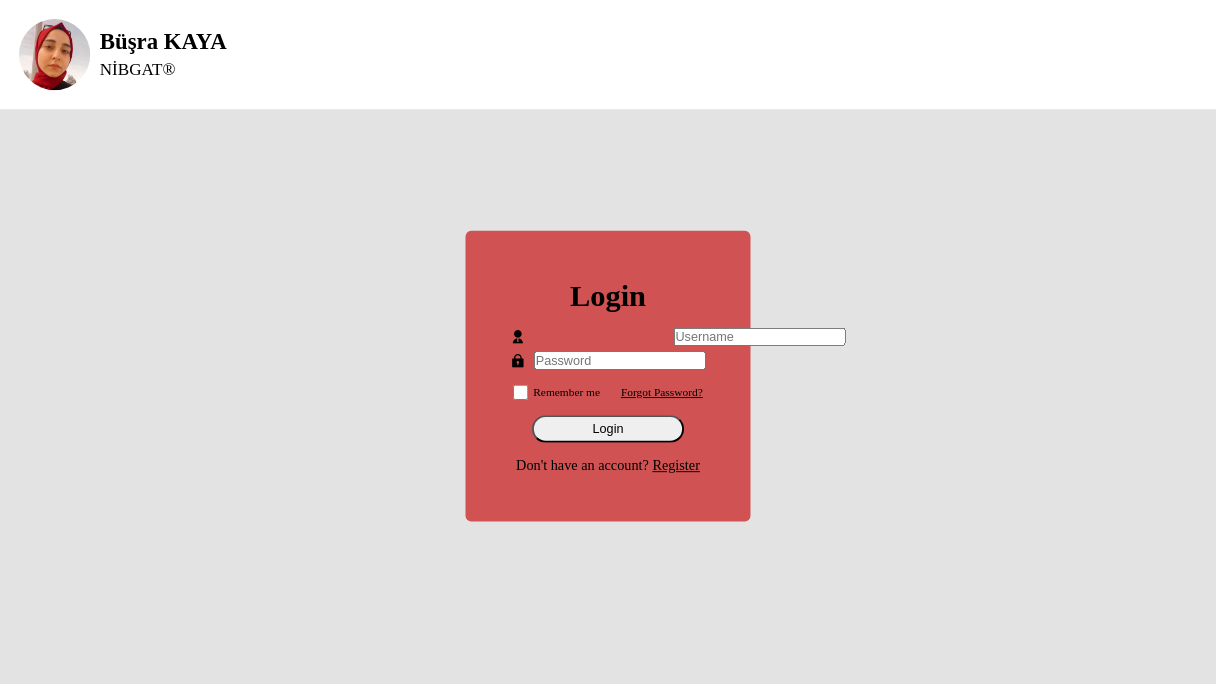
Repository: busra-kayaa/LoginPage
Page: login.html
These files come from the project's save history. The page is drawn as it stood at one moment and after the next save; the edit follows.
The browser window is 1280 px wide. The pictures show the whole page, at 95% of full size.

Above is the page before, as saved 2024-01-05 18:01:59.

### login.html
<!DOCTYPE html>
<html>
    <head>
        <meta name="author" content="Büşra Kaya"/>
        <title>Login Page</title>
        <link
            rel="stylesheet"
            href="./style.css"
            type="text/css"
        />
        <link
            rel="stylesheet"
            href="https://cdnjs.cloudflare.com/ajax/libs/remixicon/3.5.0/remixicon.css"
            crossorigin=""
        />  <!--Remixicon ikon kitaplığını bağlamak için bir stil dosyasını içerir.-->

    </head>
    <body>
        <div class="header-container">
            <div
                class="header-left-side-container"
            >
                <img
                    src="./busra.jpg"
                    height="75px"
                    width="75px"
                    class="logo"
                />
                <div class="header-desc-container">
                    <span class="header-title">
                        Büşra KAYA
                    </span>
                    <span class="header-content">
                        NİBGAT®
                    </span>
                </div>
            </div>
        </div>
        <div class="login-from-container">
            <div class ="login-text"><h1>Login</h1></div>
            <div class="input-group1">
                <i class="ri-user-2-fill"></i>
                <input
                    type="text"
                    placeholder="Username"
                    class="input-text"
                    autocomplete="off"
                />
            </div>
            <div class="input-group2">
                <i class="ri-lock-2-fill"></i>
                <input
                    type="password"
                    placeholder="Password"
                    class="input-text"
                    autocomplete="off"
                />
            </div>
            <div class="login__check">
                <div class="login__check-box">
                   <input type="checkbox" class="login__check-input" id="user-check">
                   <label for="user-check" class="login__check-label">Remember me</label>
                </div>

                <a href="#" target="_blank" class="login__forgot">Forgot Password?</a>
             </div>

             <button onclick="alert('Başarıyla Giriş Yaptınız.')" type="submit" class="login__button">Login</button>

             <div class="login__register">
                Don't have an account? <a href="#"  target="_blank">Register</a>
             </div>
        </div>
    </body>
</html>

### style.css

* {
    padding: 0;
    margin: 0;
}

body {
    background-color: #e3e3e3;
}

.header-container {
    justify-content: space-between;
    background-color: #ffffff;
    flex-direction: row;
    align-items: center;
    padding: 20px;
    display: flex;
    margin-bottom: 10%;
}
.header-left-side-container {
    flex-direction: row;
    align-items: center;
    display: flex;
}

.logo {
    border-radius: 50%;
    margin-right: 10px;
}

.header-desc-container {
    display: flex;
    flex-direction: column;
}

.header-title {
    display: flex;
    flex-direction:column;
    font-weight: bold;
    font-size: 24px;
    margin-bottom: 5px;
}

.header-content {
    font-weight:normal;
    font-size: 18px;
    color:rgb(0, 0, 0);
}

.login-from-container {
    background-color: #d15252;
    display: flex;
    border-radius: 2%;
    flex-direction: column;
    align-items: center;
    text-align: center;
    margin: auto;
    width: 200px;
    padding: 50px;
}

.login-text {
    padding-bottom: 15px;
}

.input-group1 {
    display: grid;
    grid-template-columns: 1fr max-content;
    column-gap: .55rem;
    align-items: center;
    margin-bottom: 3%;
    width: 500px;
}

.input-group1 i {
    font-size: 100 200 px;
}

.input-group2 {
    display: grid;
    grid-template-columns: 1fr max-content;
    column-gap: .55rem;
    align-items: center;

}

.input-group2 i {
    font-size: 100 200 px;
}

.login__check,
.login__check-box {
    display: flex;
    justify-content: space-between;
    align-items: center;
}

.login__check {
    font-size: 12px;
    margin-top: 1rem;
    margin-bottom: 1rem;
    gap: 22px;
}

.login__check-box {
    column-gap: 5px;
}

.login__check-input {
    width: 1rem;
    height: 1rem;
}

.login__forgot {
    color: black;
}

.login__forgot:hover {
    text-decoration: underline;
}

.login__button {
    width: 80%;
    padding: 5px;
    margin-bottom: 1rem;
    border-radius: 4rem;
    color: var(--black-color);
    font-weight: 500;
}

.login__button:hover {
    background-color: var(--highlight-color);
    color: var(--white-color);
}

.login__button:hover{
    opacity: 0.75;
    cursor: pointer;
}

.login__button:active{
    transform: translateY(2px);
}

.login__register {
    font-size: 15px;
    text-align: center;
}

.login__register a {
    color: var(--white-color);
    font-weight: 500;
}

.login__register a:hover {
    text-decoration: underline;
}

After the next save:
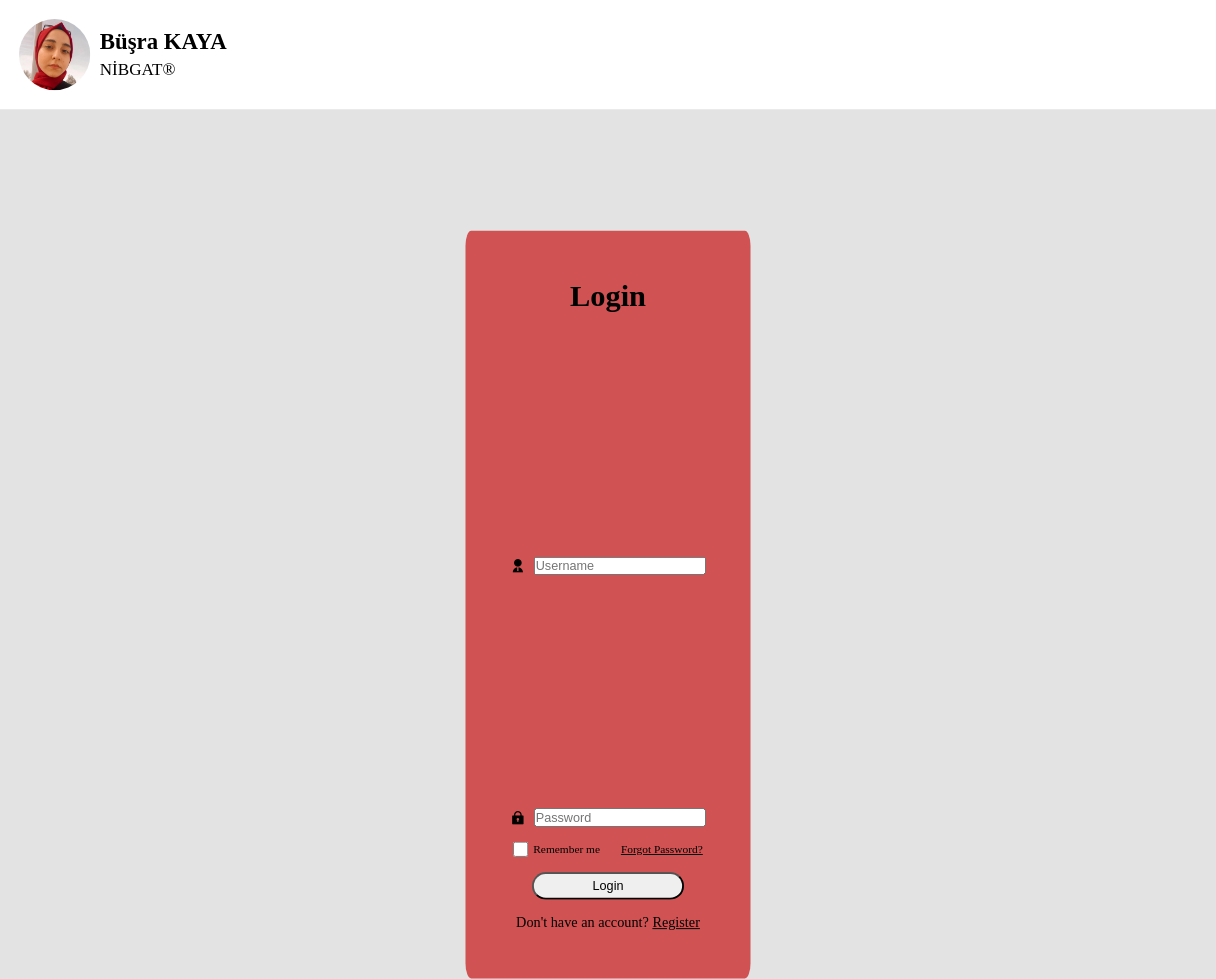
Saved 14 s later.
--- a/style.css
+++ b/style.css
@@ -69,8 +69,7 @@ body {
     column-gap: .55rem;
     align-items: center;
     margin-bottom: 3%;
-    width: 500px;
-}
+height: 500px;}
 
 .input-group1 i {
     font-size: 100 200 px;
